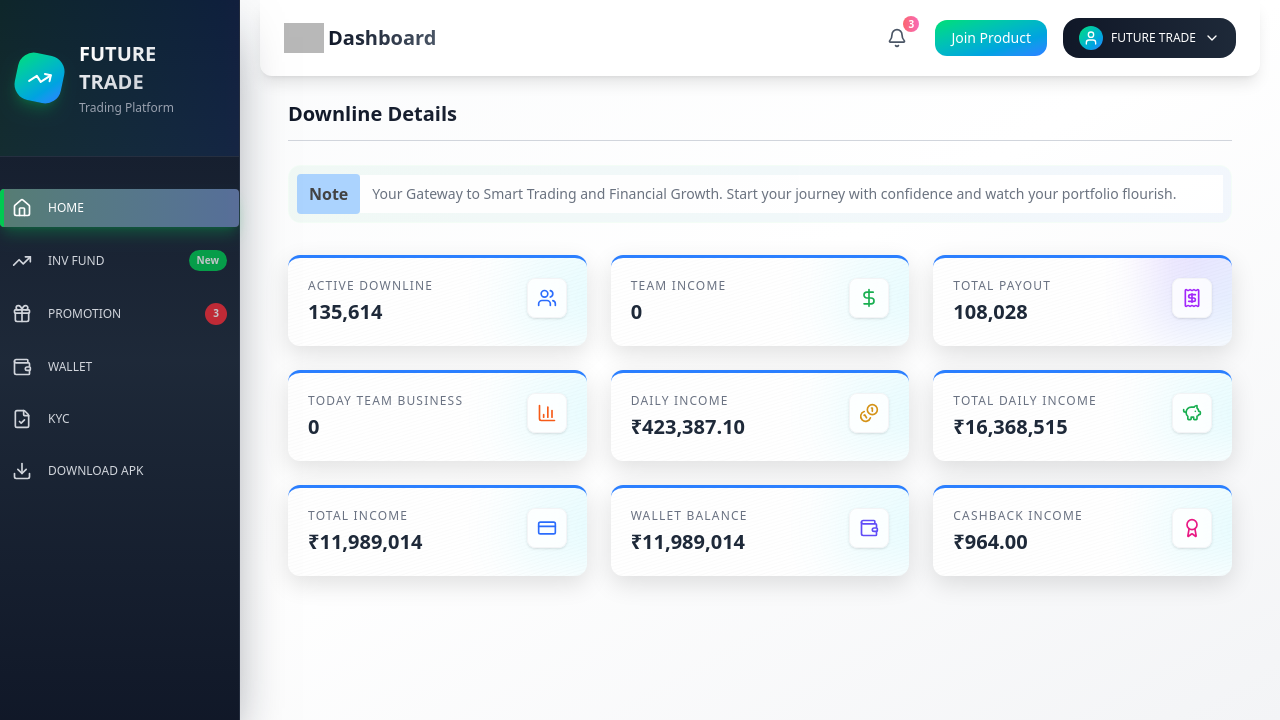
Repository: GauraVPandeyyy/Trade
Page: /
These files come from the project's save history. The page is drawn as it stood at one moment and after the next save; the edit follows.
The browser window is 1280 px wide. The pictures show the whole page.
Pictures or frames that could not be fetched are drawn as grey boxes. The project was rebuilt for these pictures with package versions that can differ from the ones it lists, and the page was loaded fresh each time. Some packages were replaced by stand-ins written for this rebuild. Also part of the build but not shown: vite.config.js, src/pages/Home.jsx, src/pages/InvFund.jsx, src/pages/Promotion.jsx, src/pages/Wallet.jsx, src/pages/Kyc.jsx, src/pages/DownloadApk.jsx.

Above is the page before, as saved 2025-08-02 13:34:47.

### src/main.jsx
import { StrictMode } from 'react'
import { createRoot } from 'react-dom/client'
import './index.css'
import App from './App.jsx'
import { BrowserRouter, RouterProvider } from 'react-router-dom'
import router from './routes.jsx/router.jsx'

createRoot(document.getElementById('root')).render(
  <StrictMode>
    <RouterProvider router={router} />
  </StrictMode>,
)

### src/App.jsx
import React from 'react'
import Sidebar from './components/Sidebar'
import { Outlet } from 'react-router-dom'
import Dashboard from './pages/Dashboard'
function App() {
  return (
    // <div className='text-center bg-gray-950 relative text-white min-h-screen w-screen'>
    //   <div className='absolute top-0 left-0 bottom-0 w-[300px] h-screen'>
    //     <Sidebar />
    //   </div>
    //   <Outlet />
    //   <h1>hello from h1</h1>
    // </div>
    <Dashboard />
  )
}

export default App

### src/routes.jsx/router.jsx
import App from "../App";
import Home from "../pages/Home";
import InvFund from "../pages/InvFund";
import Promotion from "../pages/Promotion";
import Wallet from "../pages/Wallet";
import Kyc from "../pages/Kyc";
import DownloadApk from "../pages/DownloadApk";
import { createBrowserRouter } from "react-router-dom";

const router = createBrowserRouter([
    {
        path: "/",
        element: <App />,
        children: [
            { path: "", element: <Home /> },
            { path: "inv-fund", element: <InvFund /> },
            { path: "promotion", element: <Promotion /> },
            { path: "wallet", element: <Wallet /> },
            { path: "kyc", element: <Kyc /> },
            { path: "download", element: <DownloadApk /> },
        ],
    },
]);

export default router;

### src/components/Sidebar.jsx
// import React from 'react'
// import { NavLink } from 'react-router-dom'

// function Sidebar() {
//     return (
//         <div className='bg-blue-500 w-full h-full flex flex-col justify-around'>
//             <NavLink
//                 to="/"
//                 className={({ isActive }) => isActive ? "bg-red-500" : ""}>
//                 Home
//             </NavLink>
//             <NavLink
//                 to="/inv-fund"
//                 className={({ isActive }) => isActive ? "bg-red-500" : ""}>
//                 Inv Fund
//             </NavLink>
//             <NavLink
//                 to="/promotion"
//                 className={({ isActive }) => isActive ? "bg-red-500" : ""}>
//                 Promotion
//             </NavLink>
//         </div>
//     )
// }

// export default Sidebar

import { useState } from 'react';
import {
  Home,
  TrendingUp,
  Gift,
  Wallet,
  FileCheck,
  Download,
  X,
  User
} from 'lucide-react';

const Sidebar = ({ isOpen, onClose, isMobile }) => {
  const [activeItem, setActiveItem] = useState('HOME');
  const [hoveredItem, setHoveredItem] = useState(null);

  const menuItems = [
    { name: 'HOME', icon: Home, badge: null },
    { name: 'INV FUND', icon: TrendingUp, badge: 'New' },
    { name: 'PROMOTION', icon: Gift, badge: '3' },
    { name: 'WALLET', icon: Wallet, badge: null },
    { name: 'KYC', icon: FileCheck, badge: null },
    { name: 'DOWNLOAD APK', icon: Download, badge: null },
  ];

  return (
    <>
      {/* Mobile Overlay with blur effect */}
      {isOpen && isMobile && (
        <div
          className="fixed inset-0 bg-black/20 backdrop-blur-sm z-40 transition-all duration-300"
          onClick={onClose}
        />
      )}

      {/* Sidebar */}
      <div className={`
        ${isMobile ? 'fixed' : 'sticky'} left-0 top-0 h-screen w-60 bg-gradient-to-b from-gray-900 via-gray-800 to-gray-900
        text-white z-50 transform transition-all duration-500 ease-out
        ${isOpen && isMobile ? 'translate-x-0' : isMobile ? '-translate-x-full' : 'translate-x-0'}
        ${!isMobile ? 'shadow-2xl shadow-gray-900/50' : ''}
        backdrop-blur-xl border-r border-gray-700/50
      `}>
        {/* Logo Section */}
        <div className="py-10 px-4 border-b border-gray-700/50 relative overflow-hidden">
          <div className="absolute inset-0 bg-gradient-to-r from-green-600/10 to-blue-600/10"></div>
          <div className="relative flex items-center space-x-4">
            <div className="w-12 h-12 bg-gradient-to-br from-green-400 to-blue-500 rounded-2xl flex items-center justify-center shadow-lg shadow-green-500/25 rotate-12 hover:rotate-0 transition-transform duration-500">
              <TrendingUp className="text-white" size={24} />
            </div>
            <div>
              <span className="text-xl font-bold bg-gradient-to-r from-white to-gray-300 bg-clip-text text-transparent">
                FUTURE TRADE
              </span>
              <p className="text-xs text-gray-400 mt-1">Trading Platform</p>
            </div>
          </div>
        </div>

        {/* Mobile Close Button */}
        {isMobile && (
          <button
            onClick={onClose}
            className="absolute top-6 right-6 p-4 text-gray-400 hover:text-white hover:bg-gray-800 rounded-xl transition-all duration-300 z-10"
          >
            <X size={20} />
          </button>
        )}

        {/* Menu Items */}
        <nav className="mt-8 px-0 space-y-3.5">
          {menuItems.map((item, index) => (
            <div
              key={item.name}
              className="relative"
              onMouseEnter={() => setHoveredItem(item.name)}
              onMouseLeave={() => setHoveredItem(null)}
            >
              <button
                onClick={() => setActiveItem(item.name)}
                className={`
                  w-full text-xs flex items-center justify-between px-3 py-[9px] rounded text-left transition-all duration-300
                  transform hover:translate-x-0 hover:scale-100 group relative overflow-hidden
                  ${activeItem === item.name
                    ? 'bg-gradient-to-r from-[#6B7280] to-[#6B7280] text-white shadow-lg shadow-green-500/25'
                    : 'text-gray-300 hover:bg-gray-800/50 hover:text-white'
                  }
                `}
                style={{ transitionDelay: `${index * 50}ms` }}
              >
                {/* Background animation */}
                <div className={`
                  absolute inset-0 bg-gradient-to-r from-green-600/20 to-blue-600/20 border-l-4 border-l-green-500 rounded
                  transform scale-x-0 group-hover:scale-x-100 transition-transform duration-500 origin-left
                  ${activeItem === item.name ? 'scale-x-100' : ''}
                `}></div>

                <div className="relative flex items-center space-x-4 z-10">
                  <item.icon
                    size={20}
                    className={`transition-all duration-300 ${hoveredItem === item.name ? 'scale-110 rotate-x-12' : ''}`}
                  />
                  <span className="font-medium">{item.name}</span>
                </div>

                {item.badge && (
                  <span className={`
                    relative z-10 px-2 py-1 text-[10px] font-bold rounded-full
                    ${item.badge === 'New'
                      ? 'bg-green-500 text-white'
                      : 'bg-red-500 text-white'
                    }
                    animate-pulse
                  `}>
                    {item.badge}
                  </span>
                )}
              </button>
            </div>
          ))}
        </nav>

        {/* User Profile Section */}
        {/* <div className="absolute bottom-6 left-6 right-6">
          <div className="bg-gray-800/50 rounded-2xl p-4 border border-gray-700/50 backdrop-blur-sm">
            <div className="flex items-center space-x-3">
              <div className="w-10 h-10 bg-gradient-to-br from-green-400 to-blue-500 rounded-xl flex items-center justify-center">
                <User size={18} className="text-white" />
              </div>
              <div className="flex-1">
                <p className="text-sm font-medium text-white">John Doe</p>
                <p className="text-xs text-gray-400">Premium User</p>
              </div>
            </div>
          </div>
        </div> */}
      </div>
    </>
  );
};

export default Sidebar;

### src/components/Header.jsx
import { useState } from 'react';
import {
    Menu,
    Bell,
    ChevronDown,
    Search,
    Settings,
    LogOut,
    User
} from 'lucide-react';

const Header = ({ onMenuClick, isMobile }) => {
    const [dropdownOpen, setDropdownOpen] = useState(false);
    // const [searchFocused, setSearchFocused] = useState(false);

    return (
        <header className="bg-white backdrop-blur-xl rounded-b-xl border-gray-400 px-6 py-4 sticky top-0 z-30 shadow-lg">
            <div className="flex items-center justify-between">
                {/* Left Side */}
                <div className="flex items-center space-x-6">
                    {isMobile && (
                        <button
                            onClick={onMenuClick}
                            className="p-2 text-gray-600 hover:text-gray-900 hover:bg-gray-100 rounded-xl transition-all duration-300 hover:scale-110"
                        >
                            <Menu size={20} />
                        </button>
                    )}
                    <div className='flex items-center'>
                        <img src="https://metafutureservices.com/assets/newlogo-pZQDBaKP.jpg" className='w-10 mr-1 animate-pulse' alt="" />
                        <h1 className="text-xl font-bold bg-gradient-to-r from-gray-900 to-gray-600 bg-clip-text text-transparent">
                            Dashboard
                        </h1>
                        {/* <p className="text-sm text-gray-500 mt-1">Welcome back, manage your portfolio</p> */}
                    </div>
                </div>

                {/* Search Bar - Hidden on mobile */}
                {/* {!isMobile && (
                    <div className="flex-1 max-w-lg mx-8">
                        <div className={`
              relative transition-all duration-300
              ${searchFocused ? 'scale-105' : ''}
            `}>
                            <Search className="absolute text-sm left-4 top-1/2 transform -translate-y-1/2 text-gray-400" size={20} />
                            <input
                                type="text"
                                placeholder="Search transactions, users..."
                                className="w-full pl-12 pr-4 py-2 bg-gray-50 border border-gray-200 rounded-2xl focus:outline-none focus:ring-2 focus:ring-green-500 focus:border-transparent transition-all duration-300"
                                onFocus={() => setSearchFocused(true)}
                                onBlur={() => setSearchFocused(false)}
                            />
                        </div>
                    </div>
                )} */}

                {/* Right Side */}
                <div className="flex items-center space-x-4">
                    {/* Notifications */}
                    <div className="relative">
                        <button className="p-3 text-gray-600 hover:text-gray-900 hover:bg-gray-100 rounded-xl transition-all duration-300 hover:scale-110 relative group">
                            <Bell size={20} />
                            <span className="absolute -top-0 -right-0 w-4 h-4 bg-gradient-to-r from-red-500 to-pink-500 rounded-full text-[10px] text-white flex items-center justify-center font-bold animate-pulse">
                                3
                            </span>
                            <div className="absolute inset-0 rounded-xl bg-gradient-to-r from-red-500/10 to-pink-500/10 opacity-0 group-hover:opacity-100 transition-opacity duration-300"></div>
                        </button>
                    </div>

                    {/* Join Product Button */}
                    <button className="relative bg-gradient-to-br from-green-400 to-blue-500 text-sm text-white px-4 py-2 rounded-xl font-medium hover:from-green-700 hover:to-green-600 transition-all duration-300 hover:scale-105 hover:shadow-lg hover:shadow-green-500/25 group overflow-hidden">
                        <span className="relative z-10">Join Product</span>
                        <div className="absolute inset-0 bg-gradient-to-r from-white/20 to-transparent transform -skew-x-12 -translate-x-full group-hover:translate-x-full transition-transform duration-1000"></div>
                    </button>

                    {/* Profile Dropdown */}
                    <div className="relative">
                        <button
                            onClick={() => setDropdownOpen(!dropdownOpen)}
                            className="flex items-center space-x-2 text-xs bg-gradient-to-r from-gray-900 to-gray-800 text-white px-4 py-2 rounded-2xl hover:from-gray-800 hover:to-gray-700 transition-all duration-300 hover:scale-105 group"
                        >
                            <div className="w-6 h-6 rounded-xl bg-gradient-to-br from-green-400 to-blue-500 flex items-center justify-center">
                                <User size={16} className="text-white" />
                            </div>
                            <span className="font-medium">FUTURE TRADE</span>
                            <ChevronDown size={16} className={`transition-transform duration-300 ${dropdownOpen ? 'rotate-180' : ''}`} />
                        </button>

                        {dropdownOpen && (
                            <div className="absolute right-0 mt-2 w-56 bg-white/95 backdrop-blur-xl rounded-2xl shadow-xl border border-gray-200/50 py-2 z-50 animate-fadeInScale">
                                <div className="px-4 py-3 border-b border-gray-100">
                                    <p className="text-sm font-medium text-gray-900">Future Trade</p>
                                    <p className="text-xs text-gray-500">admin@futuretrade.com</p>
                                </div>
                                <a href="#" className="flex items-center space-x-3 px-4 py-3 text-sm text-gray-700 hover:bg-gray-50 transition-colors group">
                                    <User size={16} className="text-gray-400 group-hover:text-gray-600" />
                                    <span>Profile</span>
                                </a>
                                <a href="#" className="flex items-center space-x-3 px-4 py-3 text-sm text-gray-700 hover:bg-gray-50 transition-colors group">
                                    <Settings size={16} className="text-gray-400 group-hover:text-gray-600" />
                                    <span>Settings</span>
                                </a>
                                <hr className="my-2" />
                                <a href="#" className="flex items-center space-x-3 px-4 py-3 text-sm text-red-600 hover:bg-red-50 transition-colors group">
                                    <LogOut size={16} />
                                    <span>Logout</span>
                                </a>
                            </div>
                        )}
                    </div>
                </div>
            </div>
        </header>
    );
};

export default Header;

### src/components/DashboardCard.jsx
import { useState, useEffect } from 'react';


const DashboardCard = ({ icon: Icon, label, value, colorClass = "text-blue-600", trend, delay = 0 }) => {
  const [isVisible, setIsVisible] = useState(false);

  useEffect(() => {
    const timer = setTimeout(() => setIsVisible(true), delay);
    return () => clearTimeout(timer);
  }, [delay]);

  return (
    // <div
    //   className={`
    //     group relative bg-white rounded-2xl px-3 py-3 shadow-sm bg-gradient-to-br from-indigo-00 via-cyan-300 to-emerald-200  border border-gray-200
    //     hover:shadow-xl hover:shadow-gray-200/50 transition-all duration-300 cursor-pointer
    //     hover:-translate-y-2 hover:border-gray-200
    //     transform ${isVisible ? 'translate-y-0 opacity-100' : 'translate-y-8 opacity-0'}
    //     before:absolute before:inset-0 before:rounded-xl before:bg-gradient-to-r
    //     before:from-transparent before:via-transparent before:to-gray-50/50
    //     before:opacity-0 hover:before:opacity-100 before:transition-opacity before:duration-300
    //   `}
    //   style={{ transitionDelay: `${delay}ms` }}
    // >
    //   {/* Gradient overlay on hover */}
    //   <div className="absolute inset-0 rounded-xl bg-gradient-to-br from-white to-gray-50/30 opacity-0 group-hover:opacity-100 transition-opacity duration-300"></div>

    //   <div className="relative z-10 flex items-start justify-between">
    //     <div className="flex-1">
    //       <p className="text-xs font-medium text-gray-500 mb-2 tracking-wide uppercase">{label}</p>
    //       <div className="flex items-baseline space-x-2">
    //         <p className="text-lg font-bold text-gray-900 tracking-tight">{value}</p>
    //         {trend && (
    //           <span className={`text-xs font-medium ${trend >= 0 ? 'text-green-600' : 'text-red-600'}`}>
    //             {trend > 0 ? '+' : ''}{trend}%
    //           </span>
    //         )}
    //       </div>
    //     </div>
    //     <div className={`
    //       p-3 rounded-2xl transition-all duration-500 group-hover:scale-110 group-hover:rotate-6
    //       bg-gradient-to-br from-gray-50 to-gray-100 group-hover:from-white group-hover:to-gray-50
    //       ${colorClass} group-hover:shadow-lg
    //     `}>
    //       <Icon size={28} className="transition-transform duration-500 group-hover:scale-110" />
    //     </div>
    //   </div>

    //   {/* Animated bottom border */}
    //   <div className={`absolute bottom-0 left-0 h-1 bg-gradient-to-r ${colorClass.replace('text-', 'from-')} to-transparent rounded-b-2xl transition-all duration-500 w-0 group-hover:w-full`}></div>
    // </div>

    <div
      className={`
    relative h-auto border-t-3 rounded-xl p-5 overflow-hidden
    bg-white  border-t-blue-500
    shadow-[0_8px_24px_rgba(0,0,0,0.12)] hover:shadow-[0_12px_16px_rgba(0,0,0,0.18)]
    transition-all duration-300 ease-out
    transform ${isVisible ? 'translate-y-0 opacity-100' : 'translate-y-8 opacity-0'}
    hover:-translate-y-2 cursor-pointer
    group
  `}
      style={{ transitionDelay: `${delay}ms` }}
    >
      {/* Premium SVG background */}
      <div className="absolute inset-0 opacity-10 group-hover:opacity-20 transition-opacity duration-700">
        <svg width="100%" height="100%" viewBox="0 0 256 256" preserveAspectRatio="none">
          <defs>
            <pattern id="diagonalHatch" patternUnits="userSpaceOnUse" width="10" height="10">
              <path d="M-1,1 l2,-2 M0,10 l10,-10 M9,11 l2,-2" stroke="#888" strokeWidth="0.5" />
            </pattern>
          </defs>
          <rect width="100%" height="100%" fill="url(#diagonalHatch)" />
        </svg>
      </div>

      {/* Floating gradient accent */}
      <div className={`
    absolute -top-20 -right-20 w-40 h-40 rounded-xl blur-xl opacity-20
    bg-gradient-to-br ${colorClass.replace('text-', 'from-')} to-cyan-300
    transition-all duration-1000 group-hover:opacity-30 group-hover:-top-16
  `}></div>

      <div className="relative z-10 h-full flex flex-col">
        <div className="flex justify-between items-start">
          <div>
            <p className="text-xs font-medium text-gray-500 mb-1 tracking-widest uppercase">{label}</p>
            <p className="text-xl font-bold text-gray-800">{value}</p>
          </div>

          {/* Icon placed in top-right corner with better styling */}
          <div className={`
        w-10 h-10 rounded-lg flex items-center justify-center
        bg-white/80 backdrop-blur-sm shadow-sm
        border border-gray-100
        transition-all duration-500 group-hover:scale-110 group-hover:rotate-12
        ${colorClass}
      `}>
            <Icon size={20} className="opacity-90" />
          </div>
        </div>

        {/* {trend !== null && trend !== undefined && (
          <div className={`mt-auto w-fit inline-flex items-center px-3 py-1.5 rounded-full text-xs font-medium
    ${trend > 0 ? 'bg-green-50 text-green-700' : 'bg-red-50 text-red-700'}`}>
            {trend > 0 ? (
              <svg className="w-3 h-3 mr-1.5" fill="currentColor" viewBox="0 0 20 20">
                <path fillRule="evenodd" d="M14.707 12.707a1 1 0 01-1.414 0L10 9.414l-3.293 3.293a1 1 0 01-1.414-1.414l4-4a1 1 0 011.414 0l4 4a1 1 0 010 1.414z" clipRule="evenodd" />
              </svg>
            ) : (
              <svg className="w-3 h-3 mr-1.5" fill="currentColor" viewBox="0 0 20 20">
                <path fillRule="evenodd" d="M5.293 7.293a1 1 0 011.414 0L10 10.586l3.293-3.293a1 1 0 111.414 1.414l-4 4a1 1 0 01-1.414 0l-4-4a1 1 0 010-1.414z" clipRule="evenodd" />
              </svg>
            )}
            {Math.abs(trend)}%
          </div>
        )} */}

      </div>

      {/* Interactive border animation */}
      <div className={`
    absolute inset-0 rounded-2xl pointer-events-none
    border-2 border-transparent group-hover:border-white/30
    transition-all duration-700
  `}></div>
    </div>
  );
};

export default DashboardCard;

Loaded but not shown: index.html (common file); src/index.css (common file); src/pages/Dashboard.jsx (269 lines, source omitted)

After the next save:
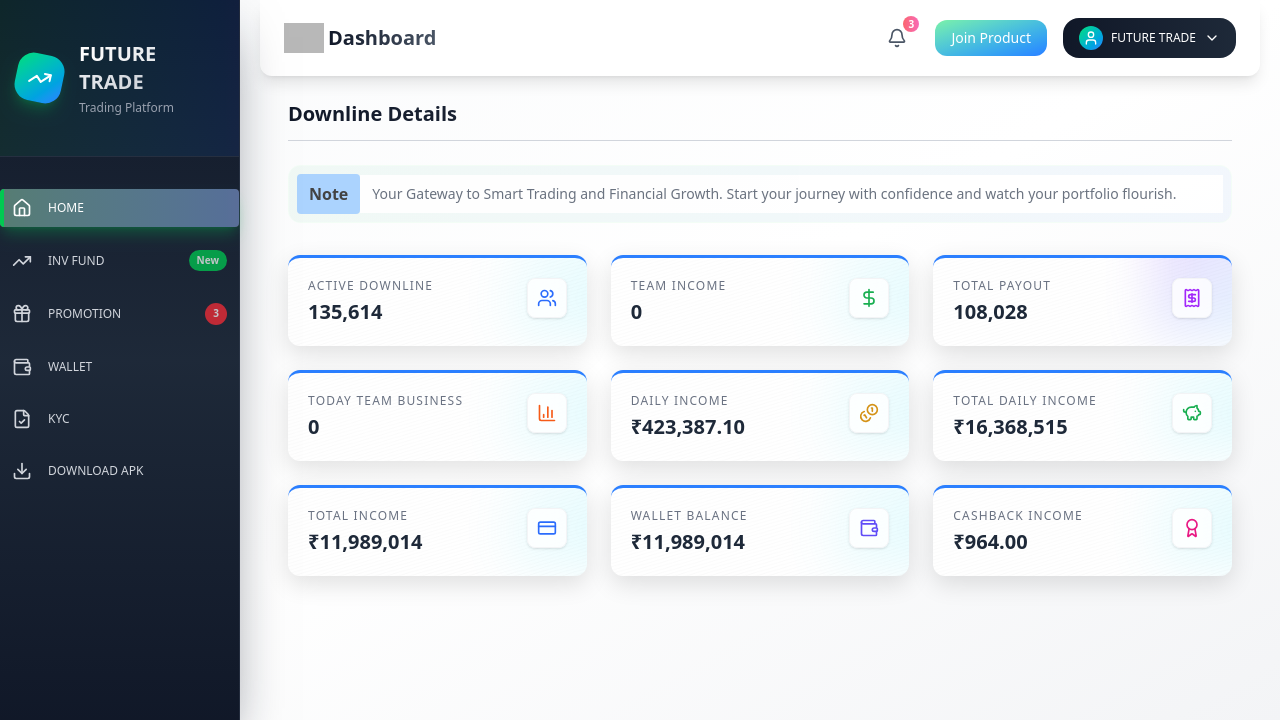
Saved 9 s later.
--- a/src/components/Header.jsx
+++ b/src/components/Header.jsx
@@ -68,7 +68,7 @@
                     </div>
 
                     {/* Join Product Button */}
-                    <button className="relative bg-gradient-to-br from-green-400 to-blue-500 text-sm text-white px-4 py-2 rounded-xl font-medium hover:from-green-700 hover:to-green-600 transition-all duration-300 hover:scale-105 hover:shadow-lg hover:shadow-green-500/25 group overflow-hidden">
+                    <button className="relative bg-gradient-to-br from-green-300 to-blue-500 text-sm text-white px-4 py-2 rounded-xl font-medium hover:from-green-700 hover:to-green-600 transition-all duration-300 hover:scale-105 hover:shadow-lg hover:shadow-green-500/25 group overflow-hidden">
                         <span className="relative z-10">Join Product</span>
                         <div className="absolute inset-0 bg-gradient-to-r from-white/20 to-transparent transform -skew-x-12 -translate-x-full group-hover:translate-x-full transition-transform duration-1000"></div>
                     </button>
